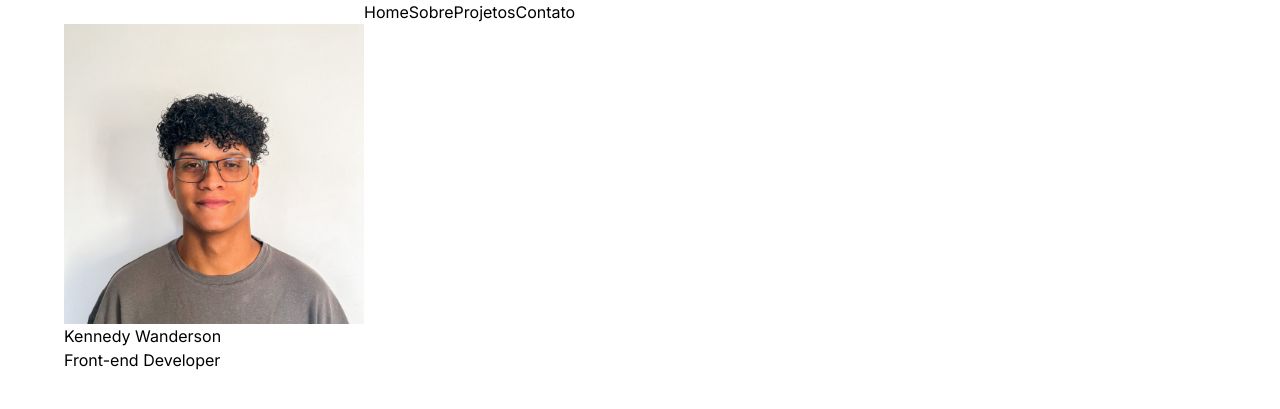
Repository: KennedyWanderson/landing
Page: /
These files come from the project's save history. The page is drawn as it stood at one moment and after the next save; the edit follows.
The browser window is 1280 px wide. The pictures show the whole page.
The project was rebuilt for these pictures with package versions that can differ from the ones it lists, and the page was loaded fresh each time. The framework's server and built-in components were replaced by stand-ins that run in the browser. Also part of the build but not shown: next.config.js.

Above is the page before, as saved 2024-01-03 15:45:11.

### src/app/page.tsx
import Content from "@/Components/Content";
import Header from "@/Components/Header";

export default function Home() {
  return (
    <div>
      <Content />
    </div>
  )
}

### src/Components/Content.tsx
import { Container } from "@mui/material";
import Header from "./Header";
import Image from "next/image";

export default function Content(){
    return(
        <Container>
            <Header />
            <div className="flex flex-col items-center p-5 shadow-md rounded-xl bg-gray-100">
                <div className="flex items-center tracking-wider space-x-6 ">
                    <Image className="rounded-full" src="/me.jpeg" alt="" width={300} height={300} />
                    <span className="font-bold text-2xl">Kennedy Wanderson <br></br> Front-end Developer</span>
                </div>
            </div>

        </Container>
    )
}

### src/Components/Header.tsx
import { Container } from "@mui/material";

export default function Header(){
    return(

        <Container maxWidth="sm">
            <div className="flex flex-col items-center m-5">
                <ul className="tracking-wider space-x-6">
                    <a href="#">
                        <span>Home</span>
                    </a>
                    <a href="#">
                        <span>Sobre</span>
                    </a>
                    <a href="#">
                        <span>Projetos</span>
                    </a>
                    <a href="#">
                        <span>Contato</span>
                    </a>
                </ul>
            </div>
        </Container>
    )
}

Loaded but not shown: src/app/layout.tsx (common file); src/app/globals.css (common file); tailwind.config.ts (common file)

After the next save:
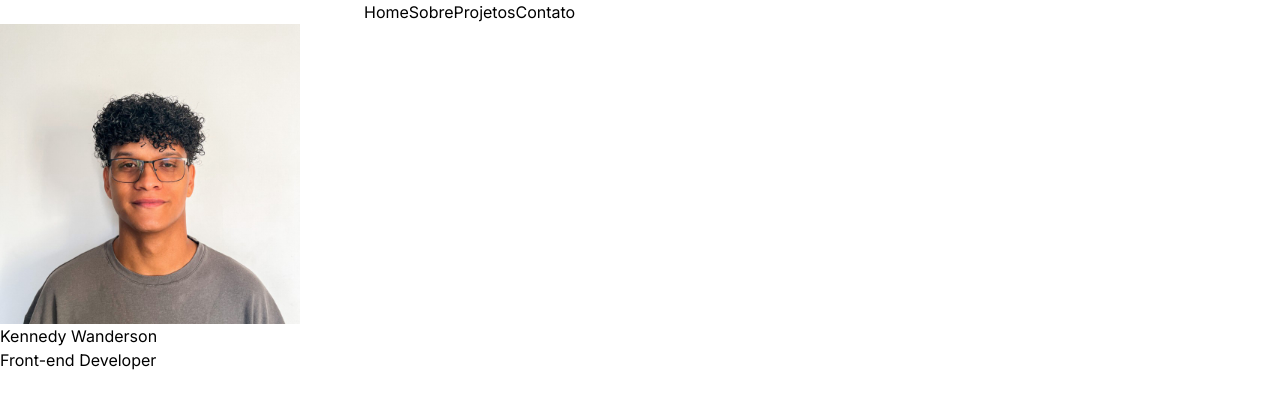
Saved 6 s later.
--- a/src/Components/Content.tsx
+++ b/src/Components/Content.tsx
@@ -4,7 +4,7 @@
 
 export default function Content(){
     return(
-        <Container>
+        <Container class>
             <Header />
             <div className="flex flex-col items-center p-5 shadow-md rounded-xl bg-gray-100">
                 <div className="flex items-center tracking-wider space-x-6 ">

After the save that followed:
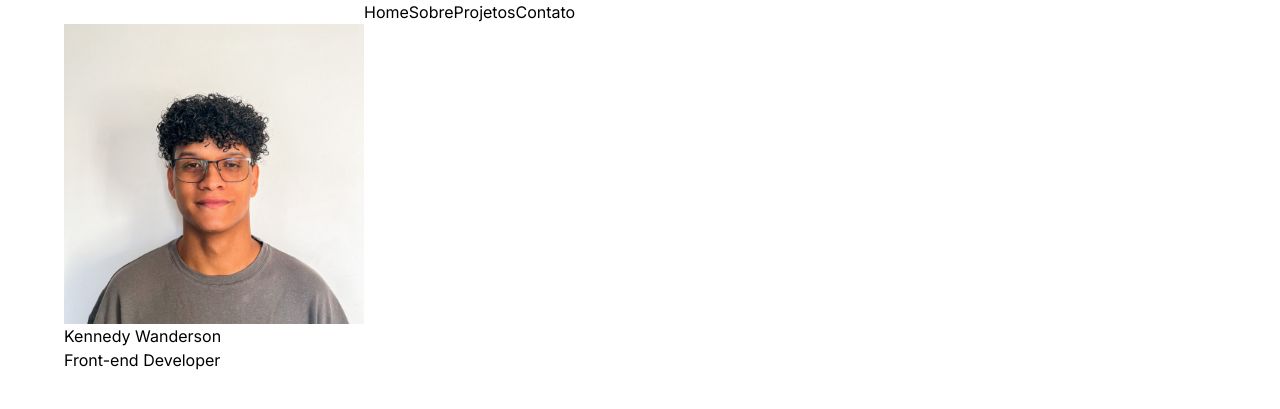
Saved 6 s later.
--- a/src/Components/Content.tsx
+++ b/src/Components/Content.tsx
@@ -4,7 +4,7 @@
 
 export default function Content(){
     return(
-        <Container class>
+        <Container className="w-full">
             <Header />
             <div className="flex flex-col items-center p-5 shadow-md rounded-xl bg-gray-100">
                 <div className="flex items-center tracking-wider space-x-6 ">
